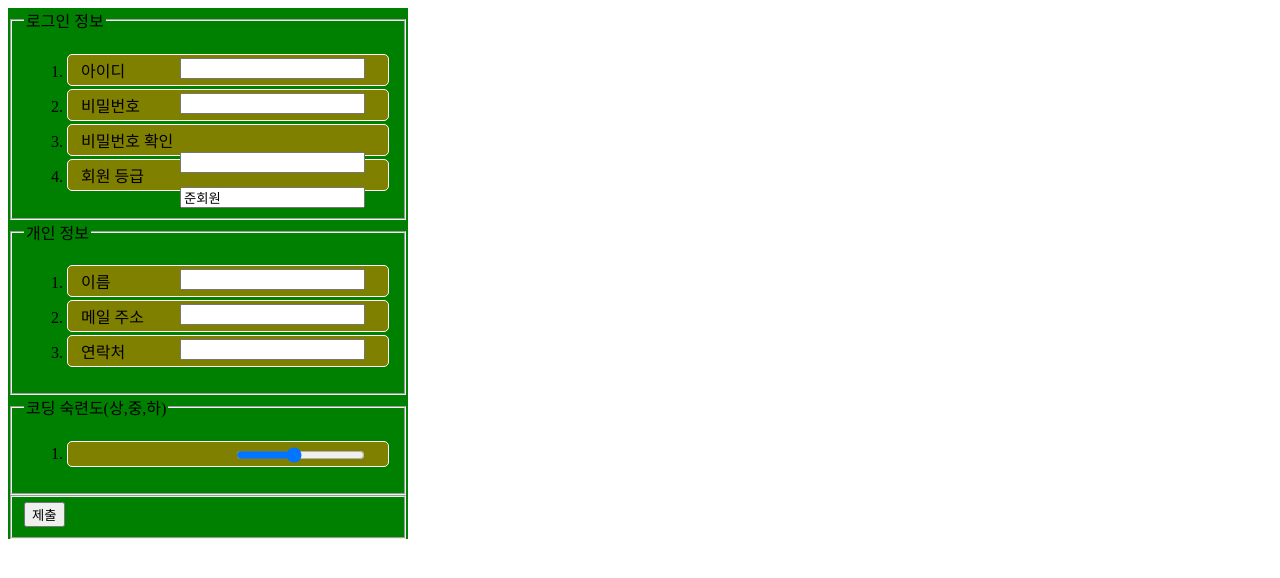
Repository: giwon8701/Qclass_KH
Page: Workspace_Java/testWebProject/test.html
These files come from the project's save history. The page is drawn as it stood at one moment and after the next save; the edit follows.
The browser window is 1280 px wide. The pictures show the whole page.

Above is the page before, as saved 2021-01-11 02:27:26.

After the next save:
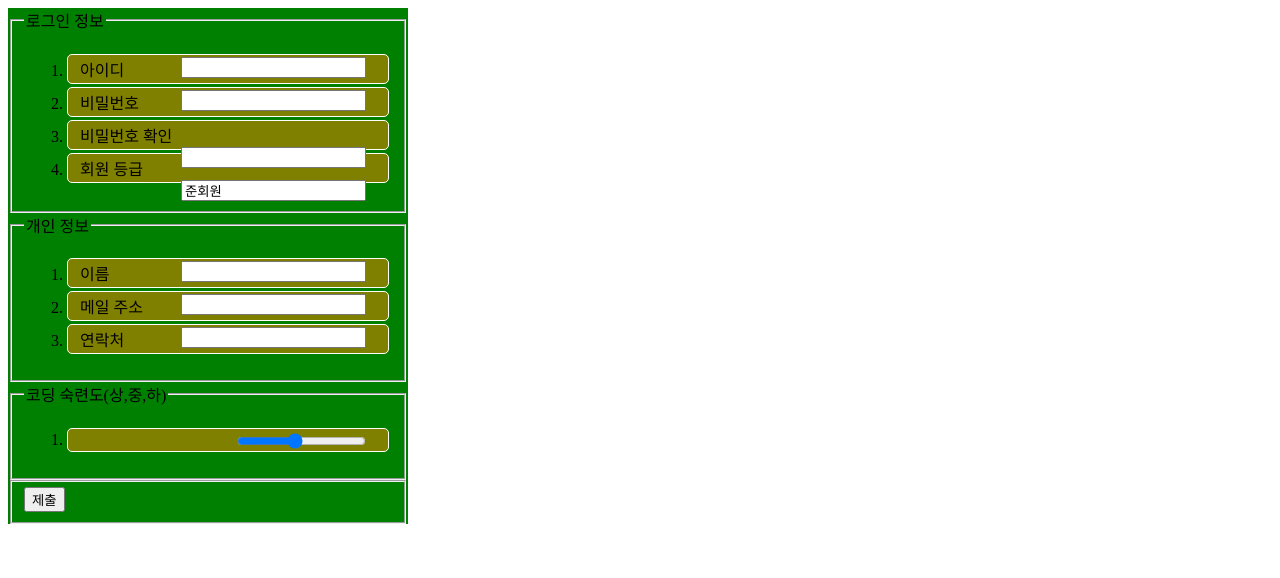
Saved 7 s later.
--- a/Workspace_Java/testWebProject/test_css.css
+++ b/Workspace_Java/testWebProject/test_css.css
@@ -8,7 +8,7 @@
 	border-color: white;
 	border-radius: 5px;
 	margin: 3px;
-	padding: 3px;
+	padding: 2px;
 	background: olive;
 }
 .navi ol li label {
